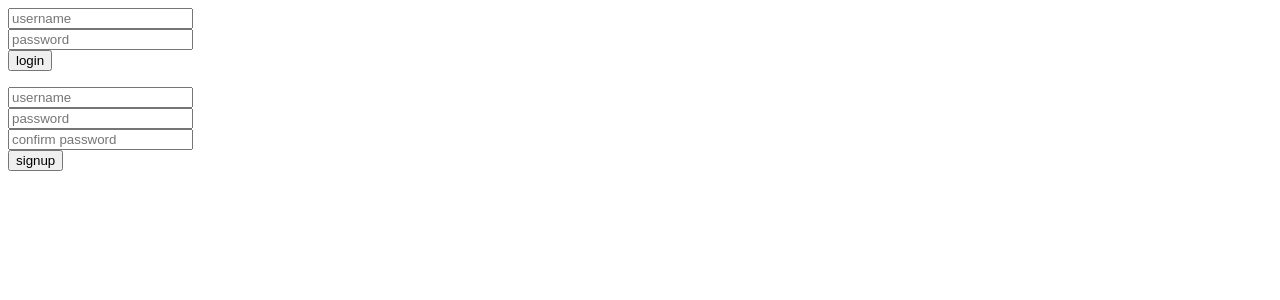
Repository: kkane106/simplified-ng-security
Page: SimpleNgSecurity/WebContent/static/app_client/index.html
An editor plug-in stored every save of this project. The page is shown before and after the next save, followed by the edit.
The browser window is 1280 px wide. The pictures show the whole page.

Above is the page before, as saved 2016-08-23 21:54:16.

After the next save:
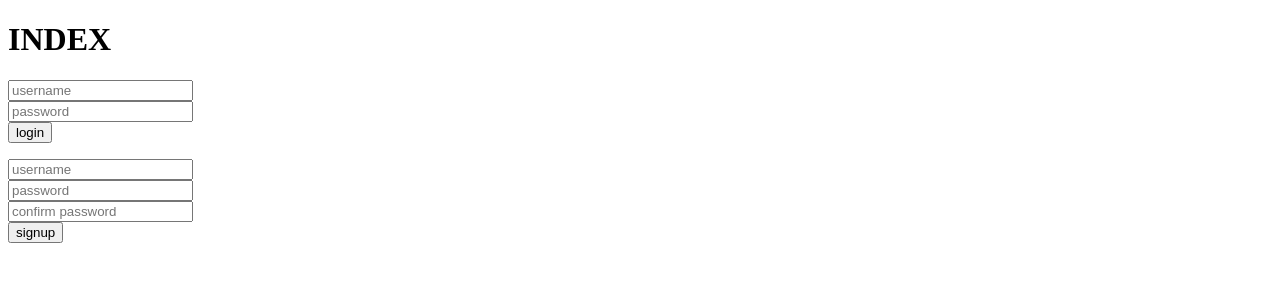
Saved 26 s later.
--- a/SimpleNgSecurity/WebContent/static/app_client/index.html
+++ b/SimpleNgSecurity/WebContent/static/app_client/index.html
@@ -9,6 +9,7 @@
   <script src="static/app_client/ng/components/signupComponent.js"></script>
 </head>
 <body>
+<h1>INDEX</h1>
 <login-component></login-component>
 <p></p>
 <signup-component></signup-component>
